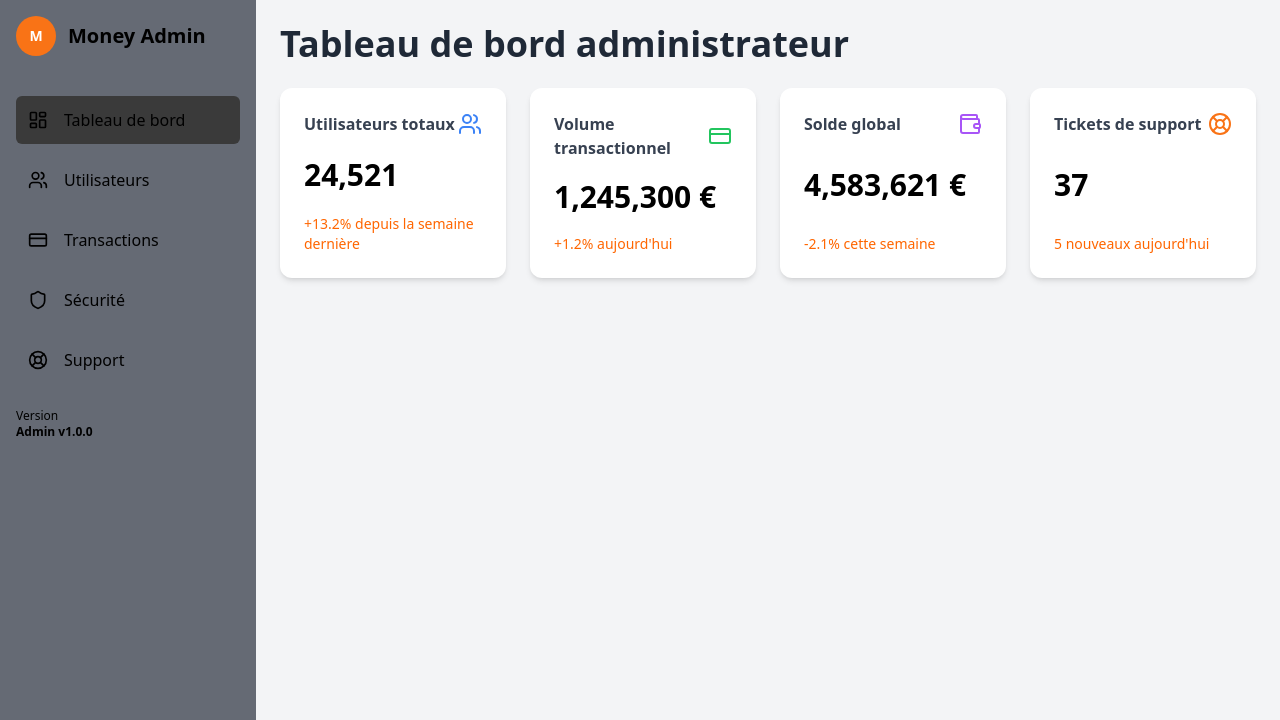
Repository: Edongo999/Dashboard
Page: /
An editor plug-in stored every save of this project. The page is shown before and after the next save, followed by the edit.
The browser window is 1280 px wide. The pictures show the whole page.
The project was rebuilt for these pictures with package versions that can differ from the ones it lists, and the page was loaded fresh each time. Also part of the build but not shown: vite.config.ts.

Above is the page before, as saved 2025-10-13 14:01:14.

After the next save:
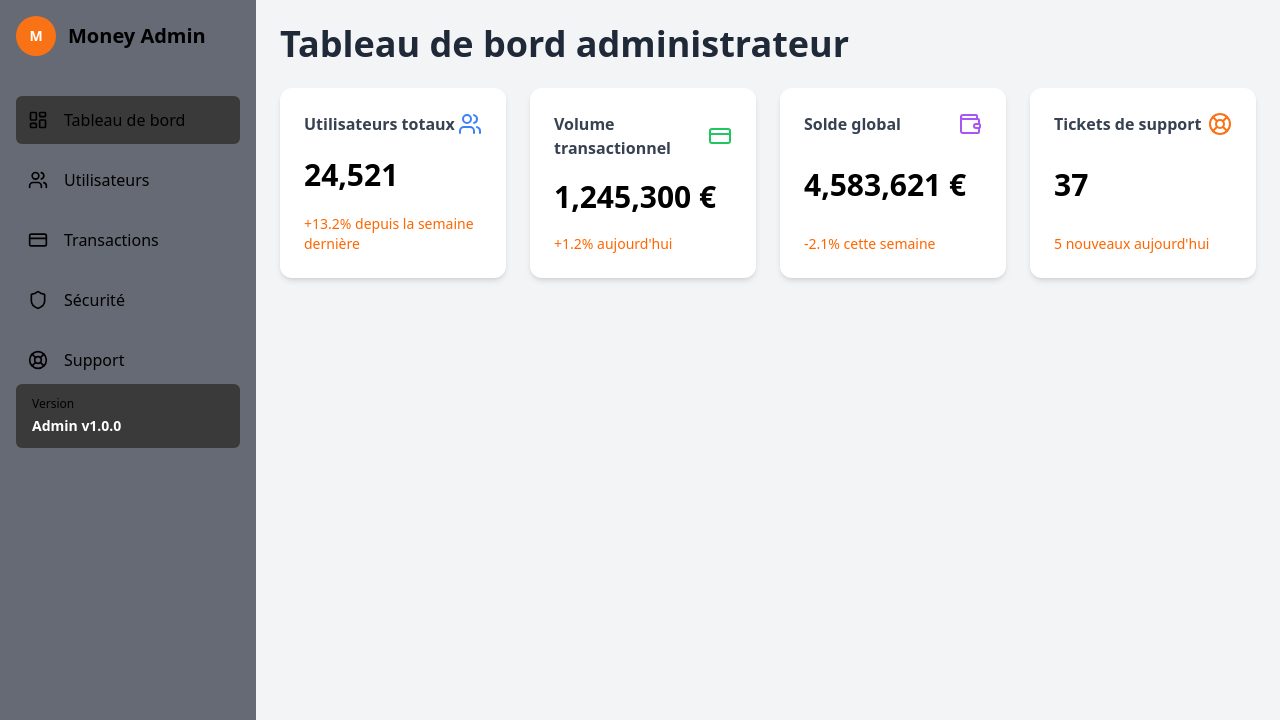
Saved 3 min 24 s later.
--- a/src/components/Sidebar.tsx
+++ b/src/components/Sidebar.tsx
@@ -66,11 +66,14 @@ const Sidebar = () => {
           </ul>
         </div>
 
-        {/* Bas : version */}
-        <div className="text-xs text-neutral-content/70 mt-6">
-          Version<br />
-          <span className="font-semibold">Admin v1.0.0</span>
-        </div>
+       {/* Bas : version dans un fond */}
+    <div className="mt-auto">
+      <div className="bg-[#3A3A3A] rounded-md px-4 py-3 text-xs text-neutral-content/70">
+        <p className="mb-1">Version</p>
+        <span className="font-semibold text-sm text-white">Admin v1.0.0</span>
+      </div>
+    </div>
+
       </aside>
     </>
   )
